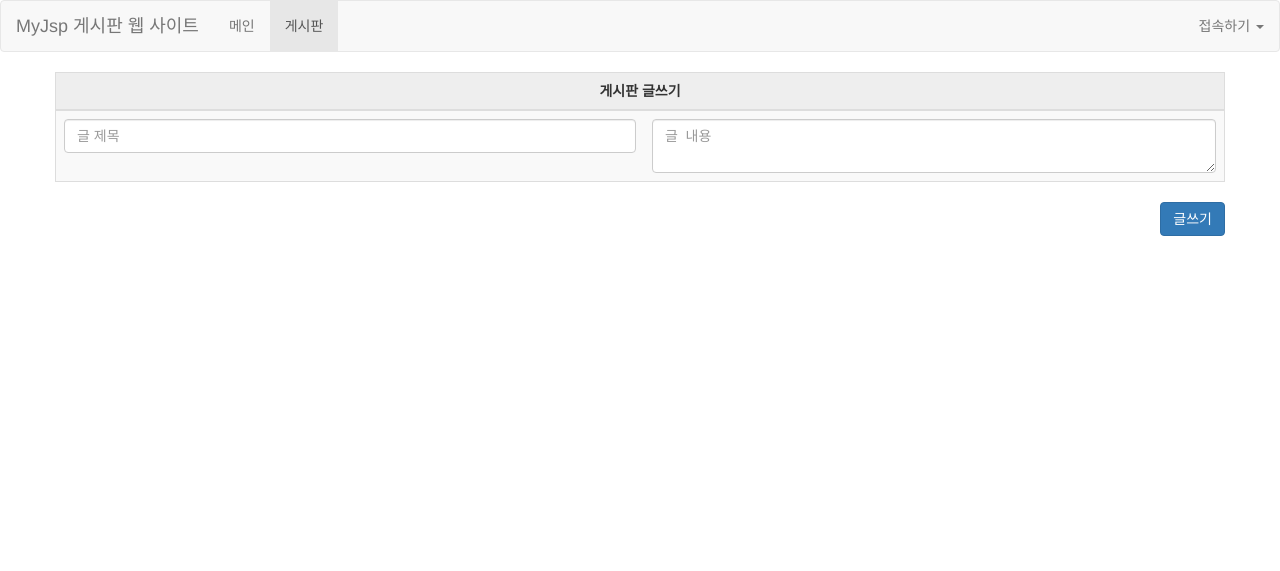
Repository: Ji3un/JspBoard
Page: http://localhost/BBS/write.jsp
The author's editor kept a copy of each file at every save. The page is drawn from the files as they stood at one save, then again after the next save.
The browser window is 1280 px wide. The pictures show the whole page.
Some web libraries are served in a nearby version. The page is served by Tomcat 9. Other server files are loaded and not shown.

Above is the page before, as saved 2017-10-03 13:04:15.

### BBS/WebContent/write.jsp
<%@ page language="java" contentType="text/html; charset=UTF-8"
	pageEncoding="UTF-8"%>
<%@ page import="java.io.PrintWriter"%>
<!DOCTYPE html>
<html>
<head>
<meta name="viewport" content="width=device-width" , initial-scale="1">
<meta http-equiv="Content-Type" content="text/html; charset=UTF-8">
<link rel="stylesheet" href="css/bootstrap.css">
<title>Welcome</title>
</head>
<body>
	<%
		String userID = null;
		if (session.getAttribute("userID") != null) {
			userID = (String) session.getAttribute("userID");
		}
	%>
	<nav class="navbar navbar-default">
		<div class="navbar-header">
			<button type="button" class="navbar-toggle collapsed"
				data-toggle="collapse" data-target="#bs-example-navbar-collapse-1"
				aria-expanded="false">
				<span class="icon-bar"></span> <span class="icon-bar"></span> <span
					class="icon-bar"></span>
			</button>
			<a class="navbar-brand" href="main.jsp">MyJsp 게시판 웹 사이트</a>
		</div>
		<div class="collapse navbar-collapse"
			id="#bs-example-navbar-collapse-1">
			<ul class="nav navbar-nav">
				<li><a href="main.jsp">메인</a></li>
				<li class="active"><a href="bbs.jsp">게시판</a></li>
			</ul>
			<%
				if (userID == null) {
			%>
			<ul class="nav navbar-nav navbar-right">
				<li class="dropdown"><a class="dropdown-toggle"
					data-toggle="dropdown" role="button" href="#" aria-haspopup="true"
					aria-expanded="false"> 접속하기 <span class="caret"></span>
				</a>
					<ul class="dropdown-menu">
						<li><a href="login.jsp">로그인</a></li>
						<li><a href="join.jsp">회원가입</a></li>
					</ul></li>
			</ul>
			<%
				} else {
			%>
			<ul class="nav navbar-nav navbar-right">
				<li class="dropdown"><a class="dropdown-toggle"
					data-toggle="dropdown" role="button" href="#" aria-haspopup="true"
					aria-expanded="false"> 회원관리<span class="caret"></span>
				</a>
					<ul class="dropdown-menu">
						<li><a href="logoutAction.jsp">로그아웃</a></li>
					</ul></li>
			</ul>
			<%
				}
			%>
		</div>
	</nav>
	<div class="container">
		<div class="row">
			<table class="table table-striped" style="text-align:center; border:1px solid #dddddd;">
				<thead>
					<tr>
						<th colspan="2" style="background-color:#eeeeee; text-align:center;">게시판 글쓰기</th>
					</tr>
				</thead>
				<tbody>
					<tr>
						<td><input type="text" class="form-control" placeholder="글 제목" name="bbsTitle" maxlength="50" ></td>
						<td><textarea type="text" class="form-control" placeholder="글  내용" name="bbsContent" maxlength="2048" ></textarea></td>
					</tr>
				</tbody>
			</table>
			<a href="write.jsp" class="btn btn-primary pull-right">글쓰기</a>
		</div>
	</div>
	<script src="https://code.jquery.com/jquery-3.2.1.min.js"></script>
	<script src="js/bootstrap.js"></script>
</body>
</html>

Loaded but not shown: BBS/WebContent/css/bootstrap.css (library); BBS/WebContent/js/bootstrap.js (library)

After the next save:
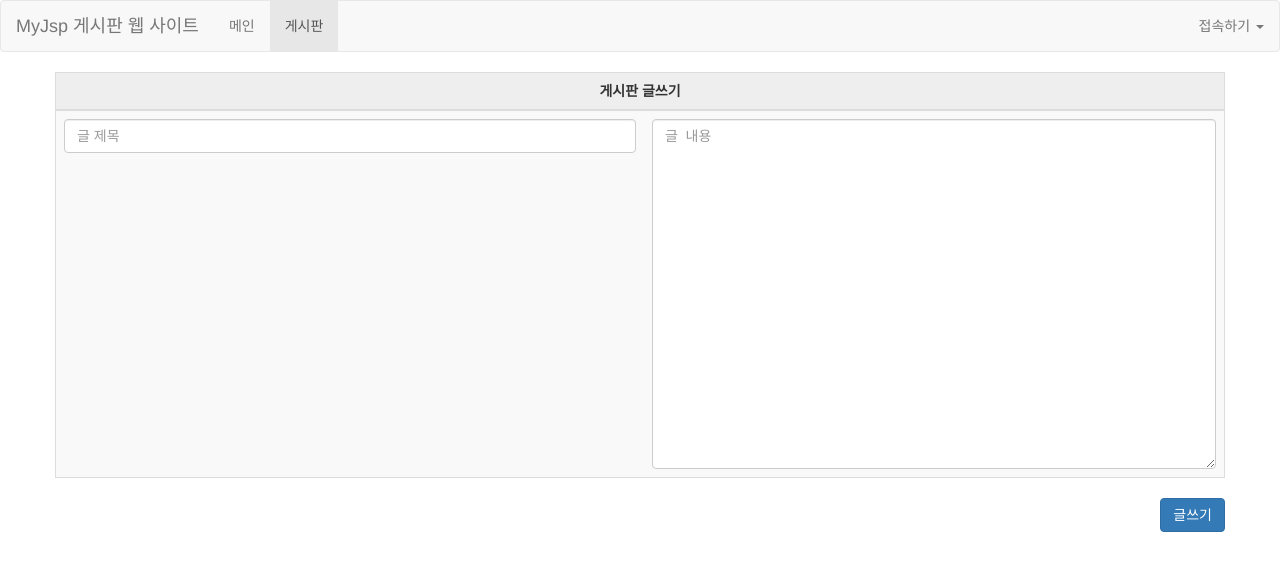
Saved 26 s later.
--- a/BBS/WebContent/write.jsp
+++ b/BBS/WebContent/write.jsp
@@ -73,7 +73,7 @@
 				<tbody>
 					<tr>
 						<td><input type="text" class="form-control" placeholder="글 제목" name="bbsTitle" maxlength="50" ></td>
-						<td><textarea type="text" class="form-control" placeholder="글  내용" name="bbsContent" maxlength="2048" ></textarea></td>
+						<td><textarea type="text" class="form-control" placeholder="글  내용" name="bbsContent" maxlength="2048" style="height:350px;"></textarea></td>
 					</tr>
 				</tbody>
 			</table>
